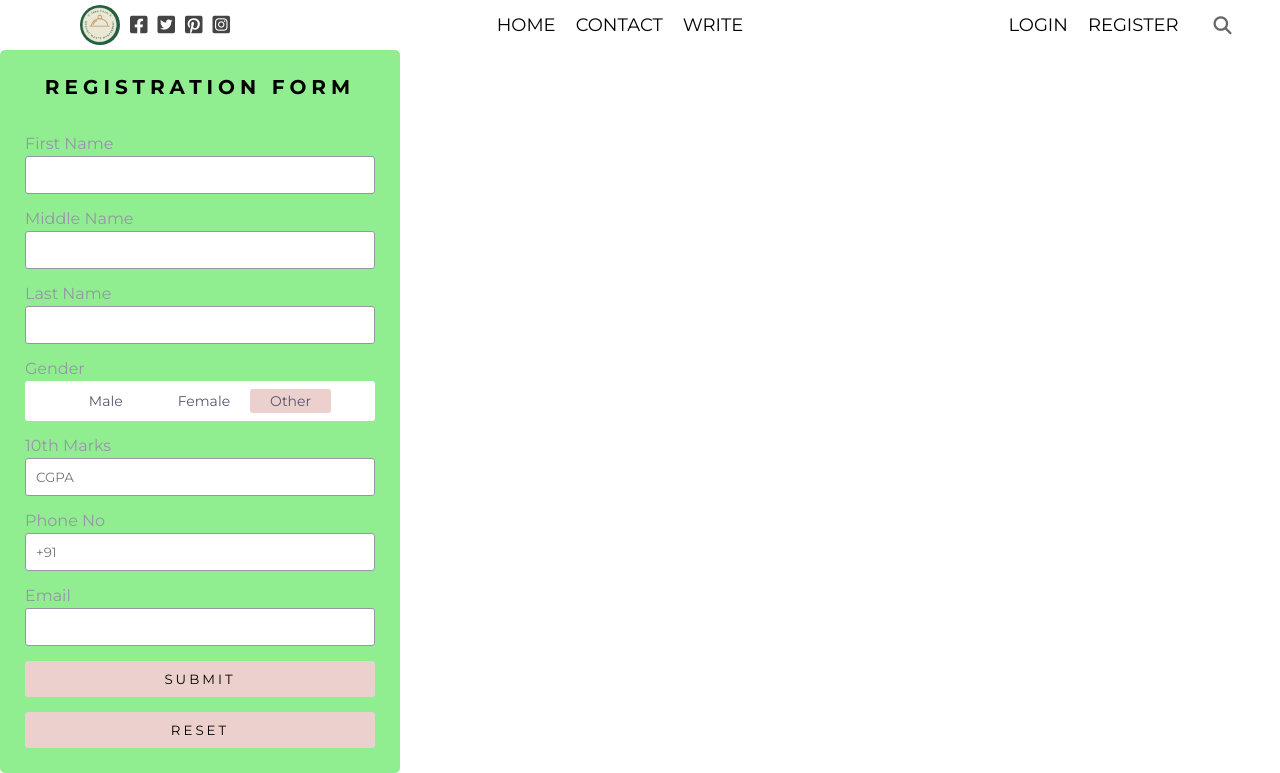
Repository: blsnabrhm/anna-daan
Page: /Contact (app in client/)
An editor plug-in stored every save of this project. The page is shown before and after the next save, followed by the edit.
The browser window is 1280 px wide. The pictures show the whole page.
Some web libraries are served in a nearby version. The project was rebuilt for these pictures with package versions that can differ from the ones it lists, and the page was loaded fresh each time. Also part of the build but not shown: client/src/components/header/header.css, client/src/components/header/Header.jsx, client/src/components/posts/posts.css, client/src/components/posts/Posts.jsx, client/src/components/sidebar/sidebar.css, client/src/components/sidebar/SideBar.jsx, client/src/pages/home/home.css, client/src/pages/home/Home.jsx and 13 more. Imported but missing from the stored project, and not drawn on this page: client/src/components/post/Post.

Above is the page before, as saved 2022-04-22 08:17:17.

After the next save:
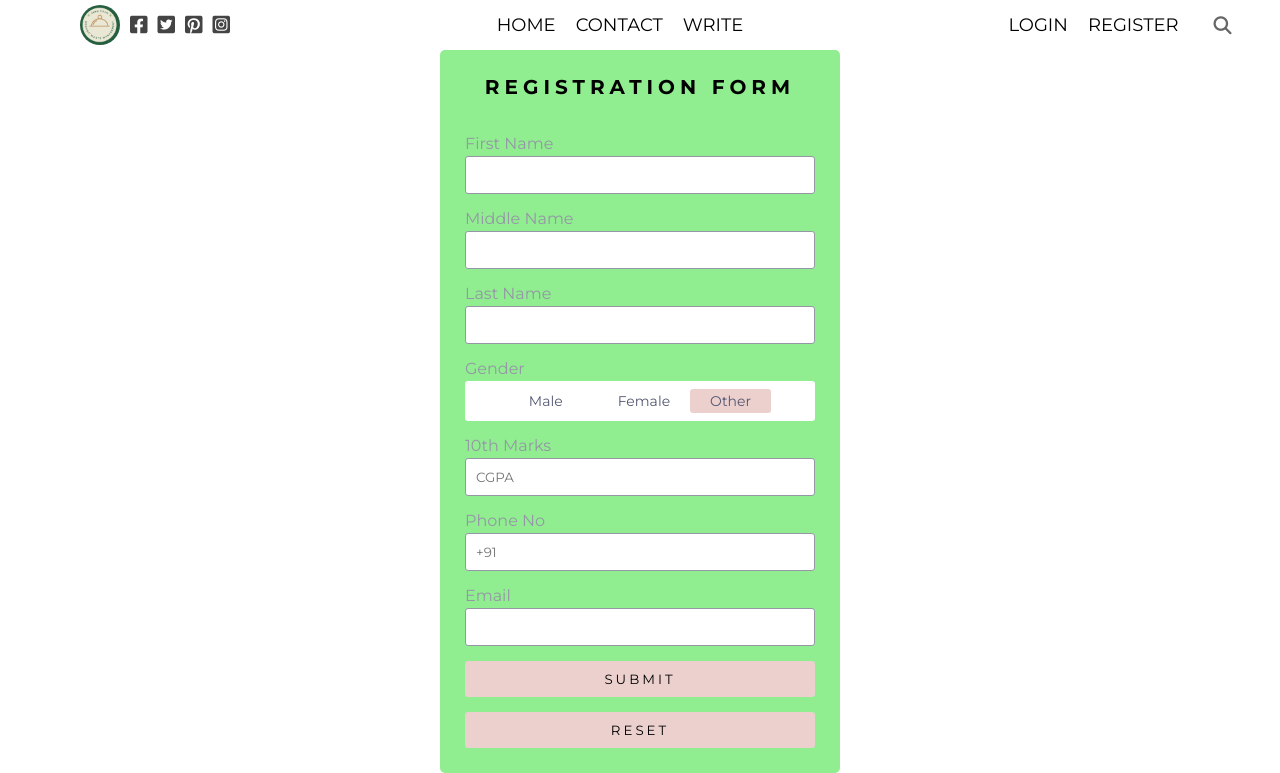
Saved 51 s later.
--- a/client/src/pages/contact/contact.css
+++ b/client/src/pages/contact/contact.css
@@ -8,6 +8,11 @@
 	font-family: 'Montserrat', sans-serif;
 }
 
+.contact {
+    display: flex;
+    align-items: center;
+    justify-content: center;
+}
 
 .wrapper{
 	min-height: 100vh;
